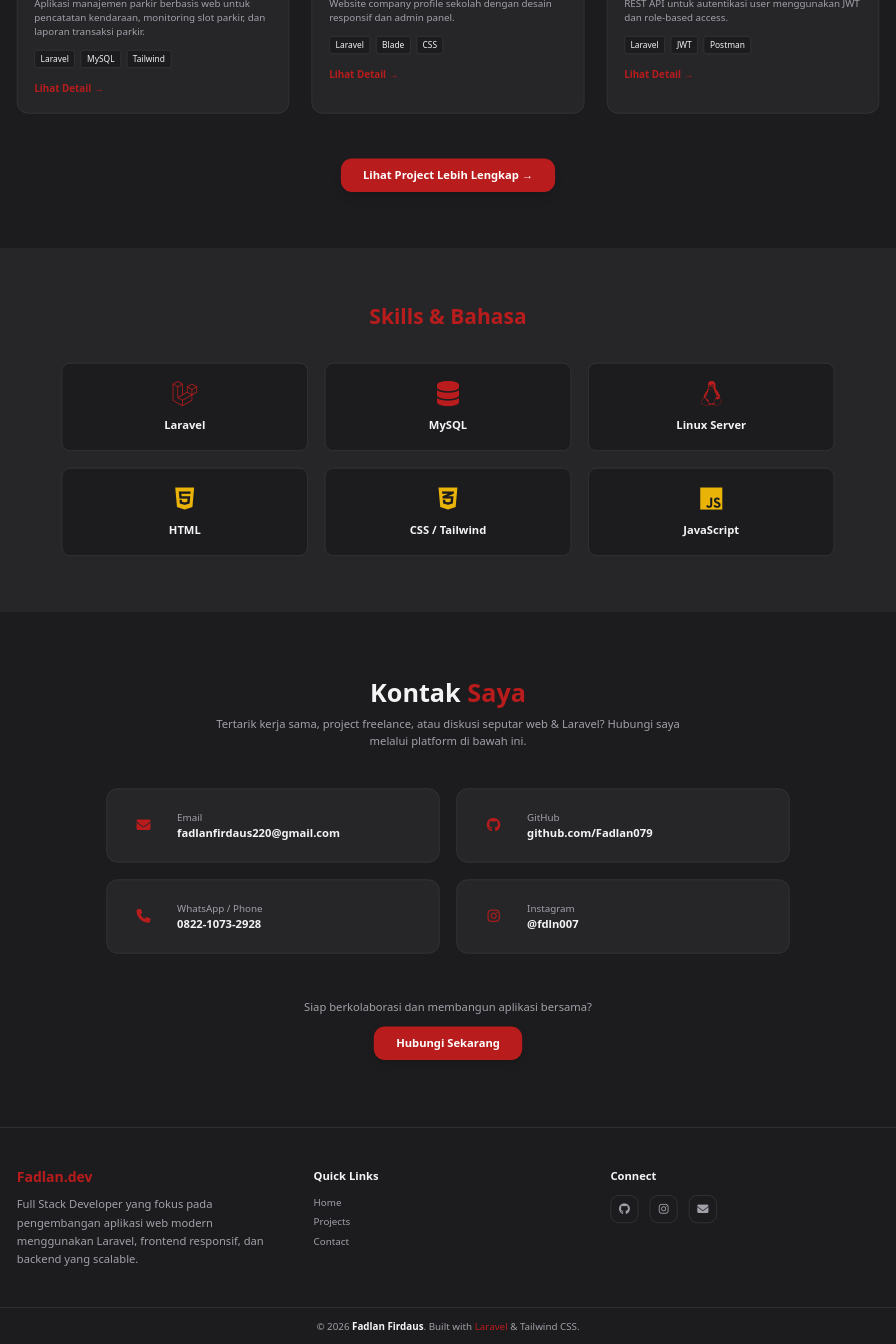
Repository: Fadlan079/Personal-Portfolio
Page: http://localhost/
The author's editor kept a copy of each file at every save. The page is drawn from the files as they stood at one save, then again after the next save.
The browser window is 1280 px wide. The pictures show the part of the page from y = 2716 to 4636 px (the page is 4636 px tall before and 4327 px after), at 70% of full size.
Some web libraries are served in a nearby version. The page is served by the project's Laravel application, run on PHP 8.4 with Laravel 12.

Above is the page before, as saved 2026-01-15 09:16:34.

After the next save:
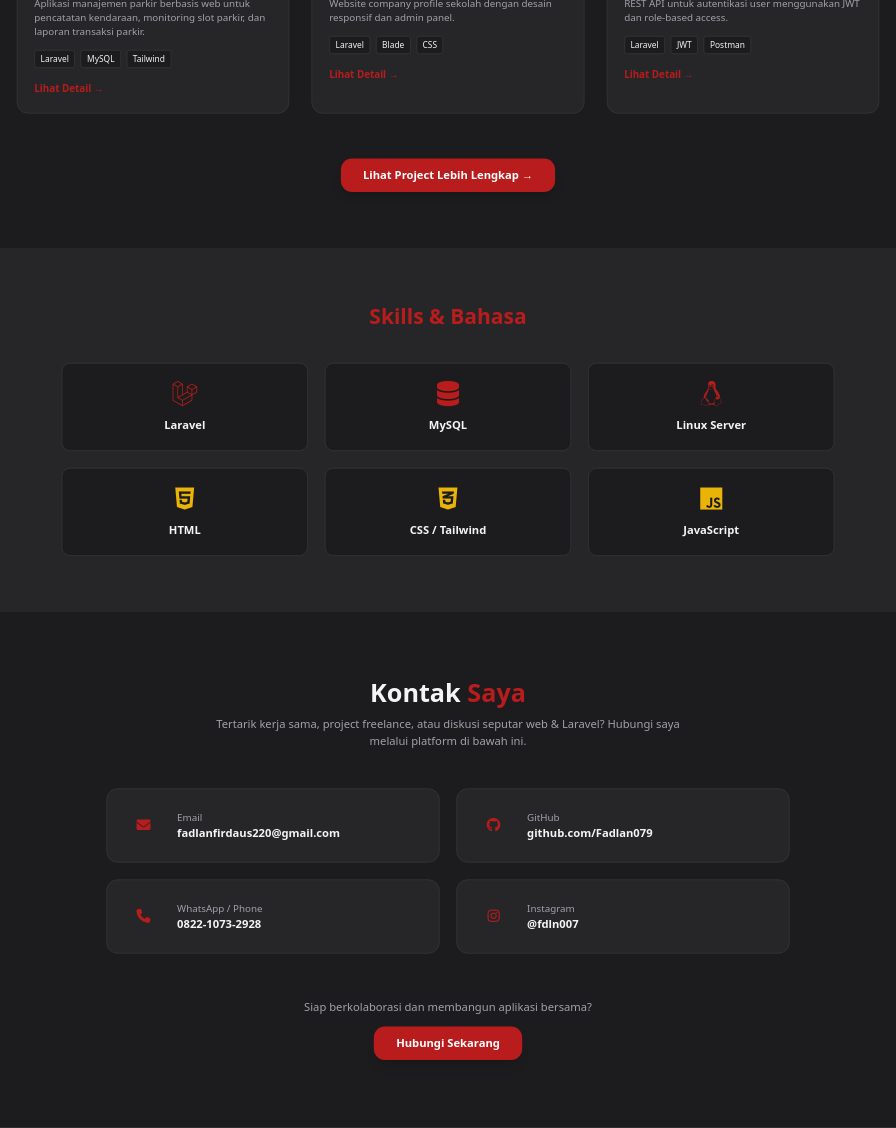
Saved 12 s later.
--- a/resources/views/portofolio.blade.php
+++ b/resources/views/portofolio.blade.php
@@ -229,70 +229,7 @@
 
 
 <footer class="relative border-t border-border bg-bg">
-  <div class="absolute inset-0 -z-10">
-    <div class="absolute bottom-0 left-1/2 -translate-x-1/2
-                w-[400px] h-[400px]
-                bg-primary/20 blur-[120px] rounded-full"></div>
-  </div>
-
-  <div class="max-w-7xl mx-auto px-6 py-14 grid gap-10 md:grid-cols-3">
-    <div>
-      <h3 class="text-xl font-bold text-primary mb-3">Fadlan.dev</h3>
-      <p class="text-muted leading-relaxed">
-        Full Stack Developer yang fokus pada pengembangan
-        aplikasi web modern menggunakan Laravel,
-        frontend responsif, dan backend yang scalable.
-      </p>
-    </div>
-
-    <div>
-      <h4 class="font-semibold mb-4 text-text">Quick Links</h4>
-      <ul class="space-y-2 text-muted text-sm">
-        <li>
-          <a href="#home" class="hover:text-primary transition">Home</a>
-        </li>
-        <li>
-          <a href="#projects" class="hover:text-primary transition">Projects</a>
-        </li>
-        <li>
-          <a href="#contact" class="hover:text-primary transition">Contact</a>
-        </li>
-      </ul>
-    </div>
-
-    <div>
-      <h4 class="font-semibold mb-4 text-text">Connect</h4>
-      <div class="flex gap-4">
-        <a href="https://github.com/Fadlan079" target="_blank"
-           class="w-10 h-10 rounded-xl border border-border
-                  flex items-center justify-center
-                  text-muted hover:text-primary hover:border-primary
-                  transition">
-          <i class="fa-brands fa-github"></i>
-        </a>
-        <a href="https://instagram.com/fdln007" target="_blank"
-           class="w-10 h-10 rounded-xl border border-border
-                  flex items-center justify-center
-                  text-muted hover:text-primary hover:border-primary
-                  transition">
-          <i class="fa-brands fa-instagram"></i>
-        </a>
-        <a href="mailto:fadlanfirdaus220@gmail.com"
-           class="w-10 h-10 rounded-xl border border-border
-                  flex items-center justify-center
-                  text-muted hover:text-primary hover:border-primary
-                  transition">
-          <i class="fa-solid fa-envelope"></i>
-        </a>
-      </div>
-    </div>
-
-  </div>
-
-  <div class="border-t border-border text-center py-4 text-muted text-sm">
-    © 2026 <span class="text-text font-semibold">Fadlan Firdaus</span>.
-    Built with <span class="text-primary">Laravel</span> & Tailwind CSS.
-  </div>
+
 </footer>
 </body>
 </html>
